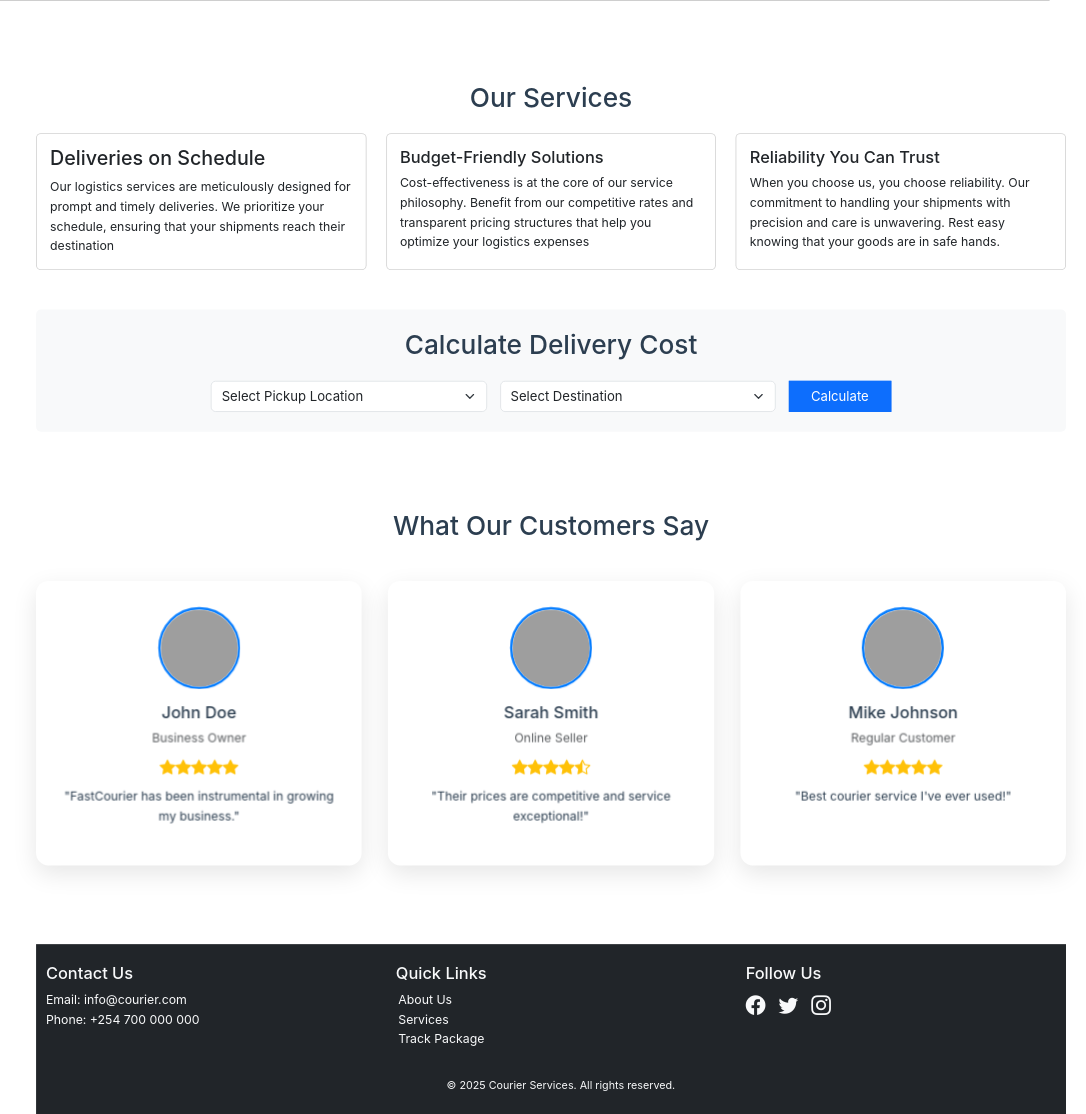
Repository: stancillous/package-yangu-logistics
Page: /
These files come from the project's save history. The page is drawn as it stood at one moment and after a run of saves; the edit follows.
The browser window is 1280 px wide. The page is 1324 px wide, so the pictures cover 1324 px, including what lies to the right of the window. The pictures show the part of the page from y = 676 to 2035 px (the page is 2035 px tall), at 82% of full size.
Pictures or frames that could not be fetched are drawn as grey boxes. The project was rebuilt for these pictures with package versions that can differ from the ones it lists, and the page was loaded fresh each time. Also part of the build but not shown: vite.config.ts.

Above is the page before, as saved 2025-01-31 14:10:31.

After the next 4 saves:
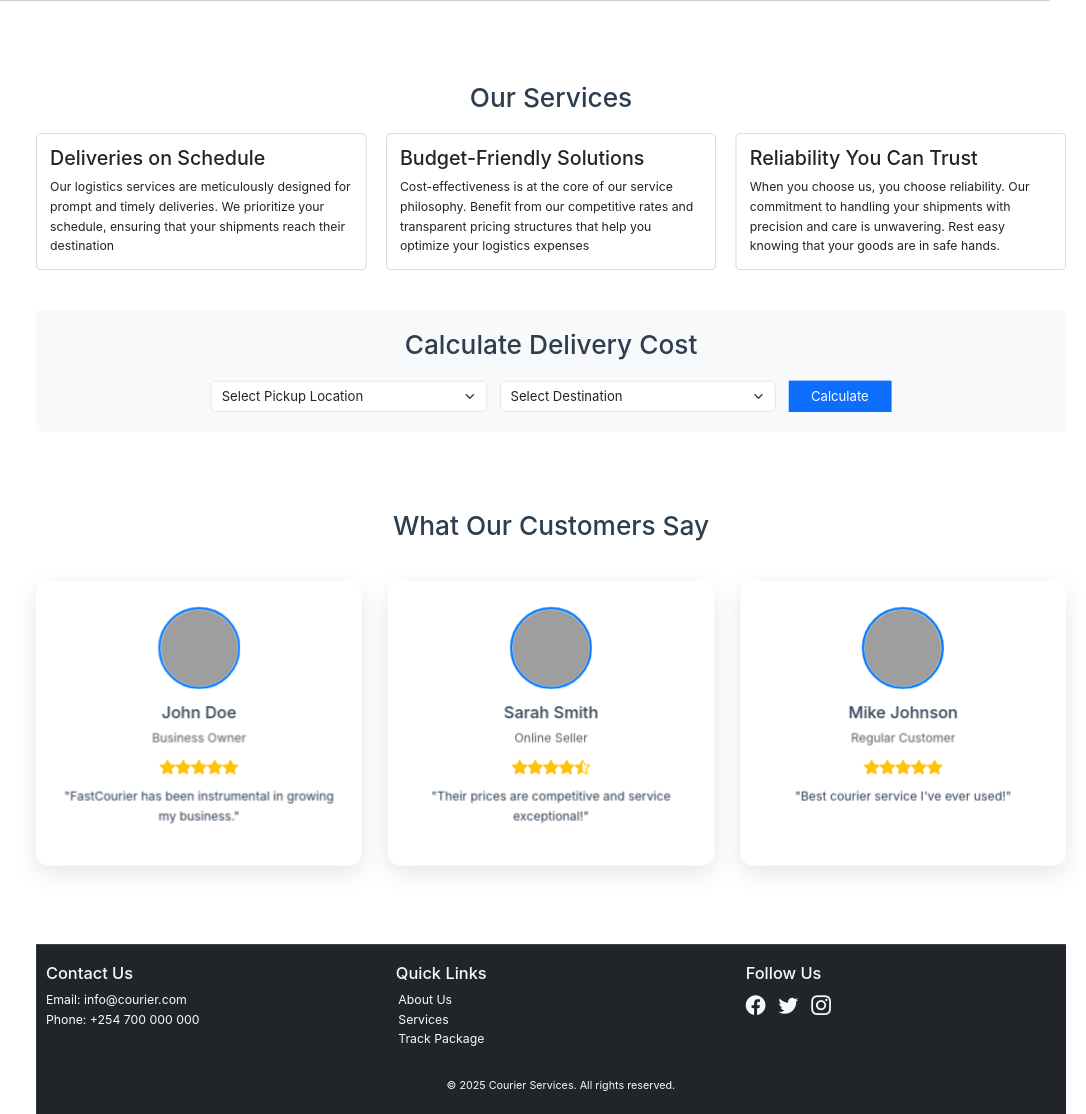
The 4 saves are shown as one change because they came seconds apart.
The last was saved 9 s later.
--- a/src/views/Index.vue
+++ b/src/views/Index.vue
@@ -50,7 +50,7 @@
               <div class="card h-100">
                 <div class="card-body">
                   <!-- <i class="bi bi-globe fs-1 text-primary mb-3"></i> -->
-                  <h5 class="card-title">Budget-Friendly Solutions</h5>
+                  <h4 class="card-title">Budget-Friendly Solutions</h4>
                   <p class="card-text">Cost-effectiveness is at the core of our service philosophy. Benefit from our competitive rates and transparent pricing structures that help you optimize your logistics expenses</p>
                 </div>
               </div>
@@ -59,7 +59,7 @@
               <div class="card h-100">
                 <div class="card-body">
                   <!-- <i class="bi bi-shield-check fs-1 text-primary mb-3"></i> -->
-                  <h5 class="card-title">Reliability You Can Trust</h5>
+                  <h4 class="card-title">Reliability You Can Trust</h4>
                   <p class="card-text">When you choose us, you choose reliability. Our commitment to handling your shipments with precision and care is unwavering. Rest easy knowing that your goods are in safe hands.</p>
                 </div>
               </div>
